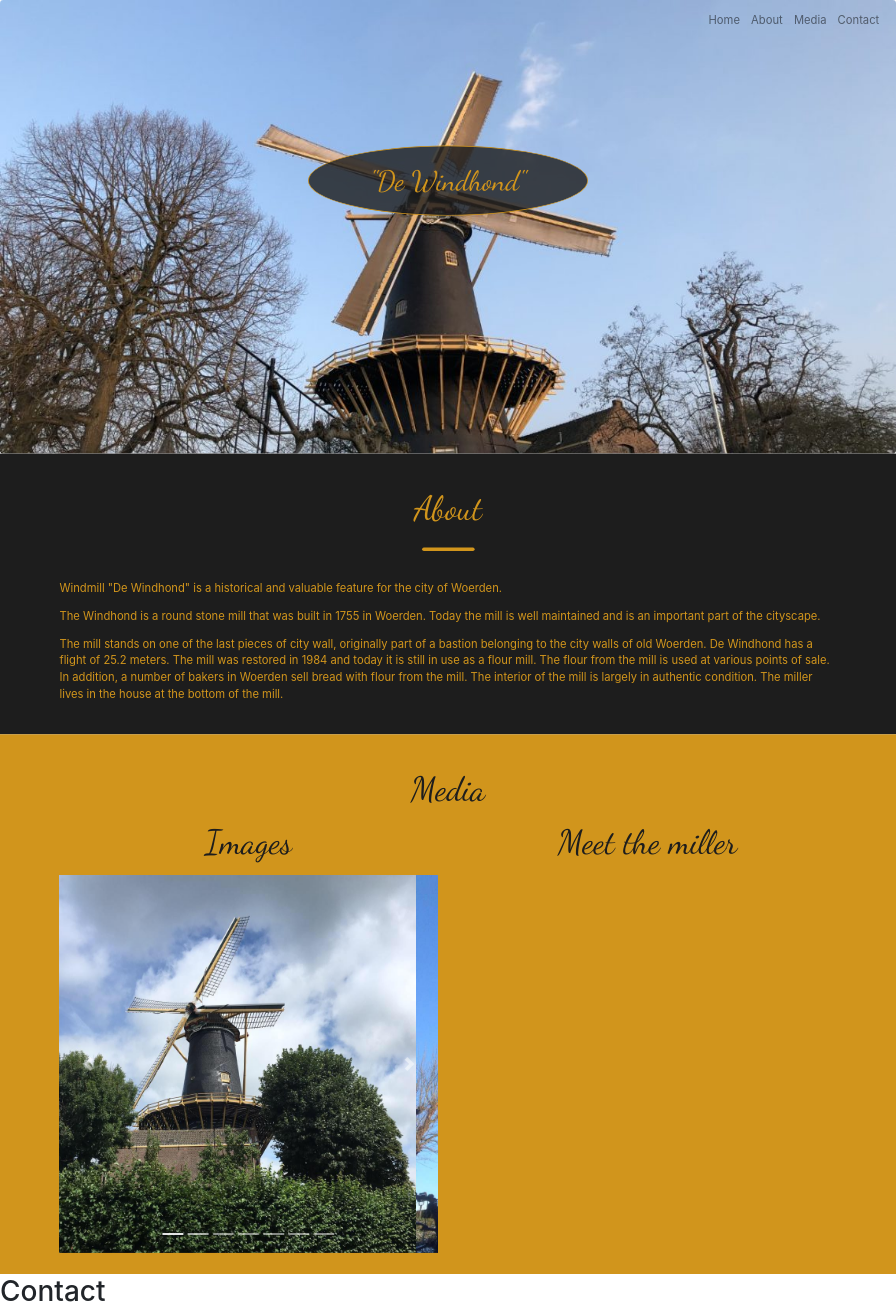
Repository: jdl208/DeWindhond
Page: index.html
The author's editor kept a record of every edit. The page is drawn from the files as they stood at one moment, then again after the next edit.
The browser window is 1280 px wide. The pictures show the whole page, at 70% of full size.
Pictures or frames that could not be fetched are drawn as grey boxes. Some web libraries are served in a nearby version.

Above is the page before.

After the next edit:
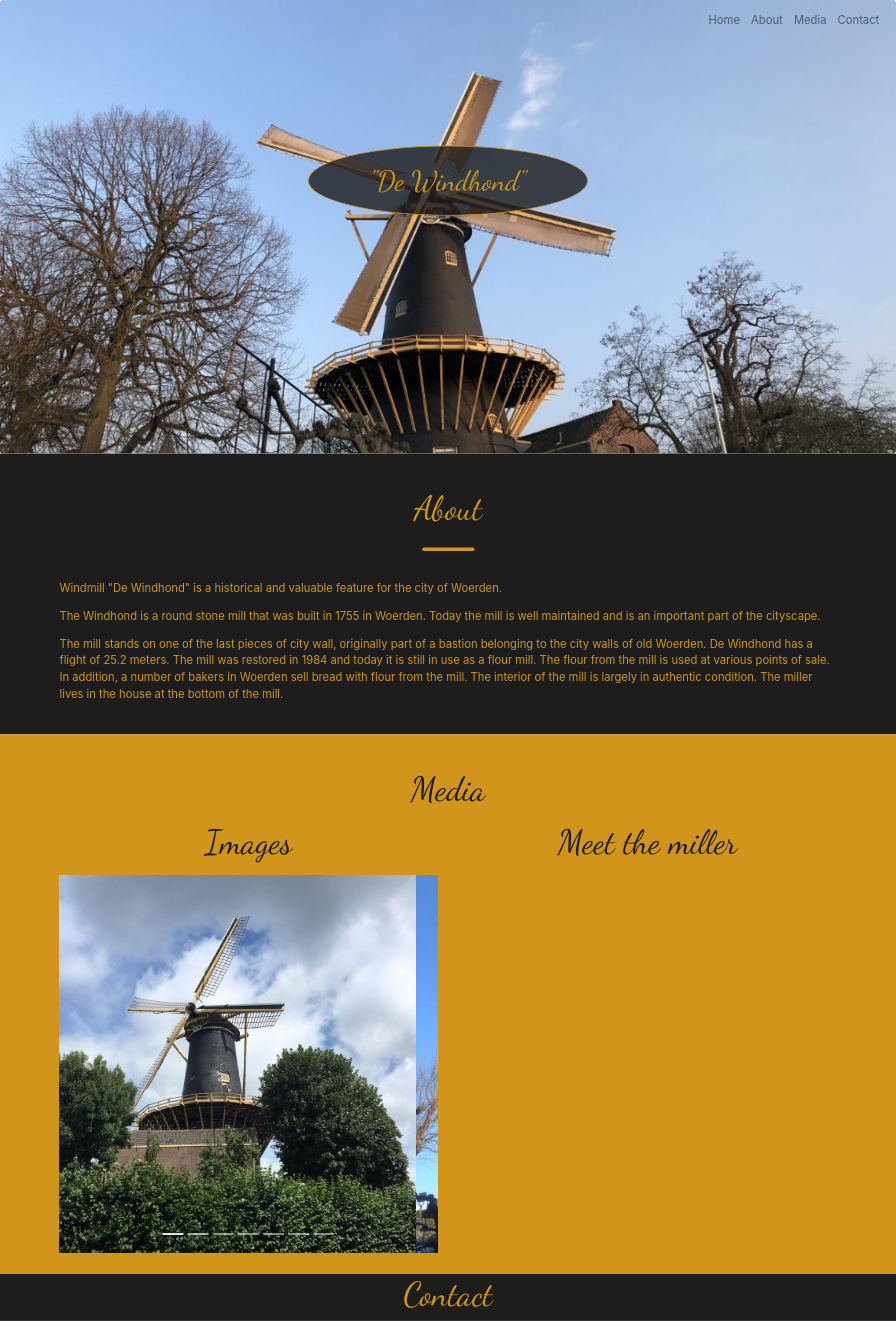
The edit:
--- a/index.html
+++ b/index.html
@@ -115,8 +115,8 @@
             </div>
         </div>
     </section>
-    <section class="contact">
-    <h1>Contact</h1>
+    <section id="contact" class="dark-bg">
+    <h2>Contact</h2>
 
     </section>
 
